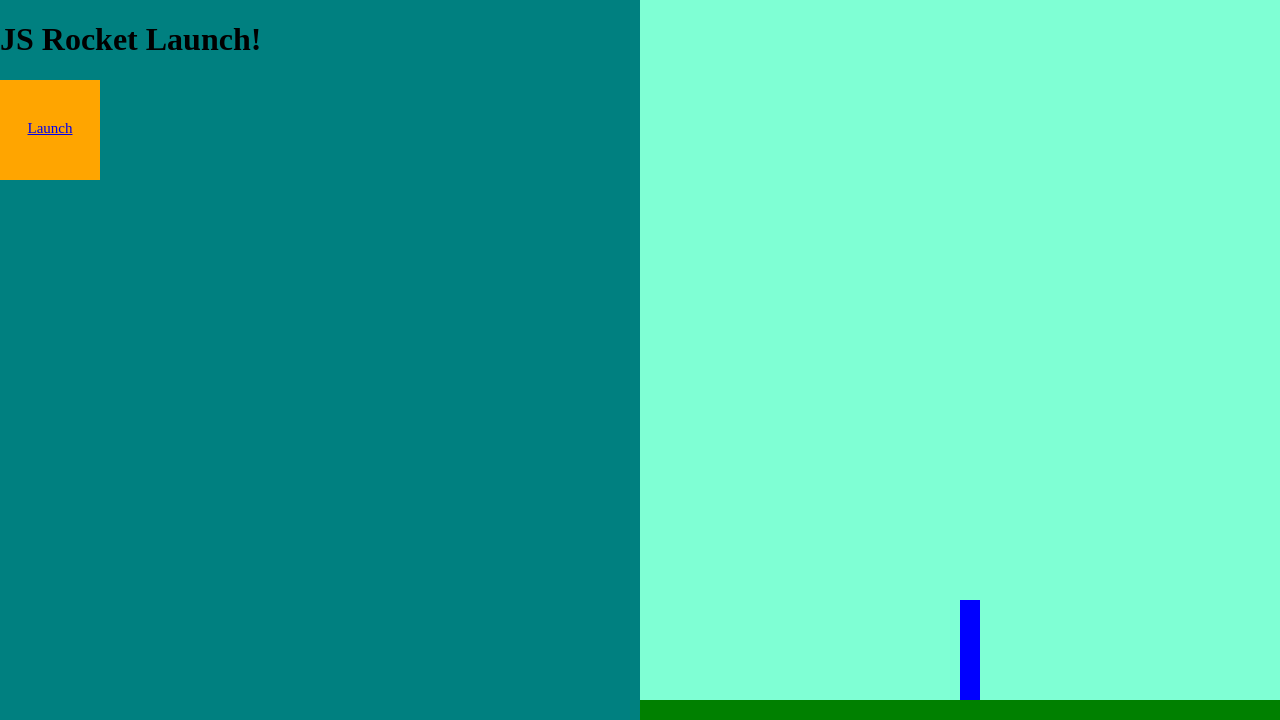
Repository: alcarrizo/Rocket-launch
Page: index.html
An editor plug-in stored every save of this project. The page is shown before and after the next save, followed by the edit.
The browser window is 1280 px wide. The pictures show the whole page.
After loading, the first visible `a.button` was clicked once.

Above is the page before, as saved 2022-10-19 20:54:04.

After the next save:
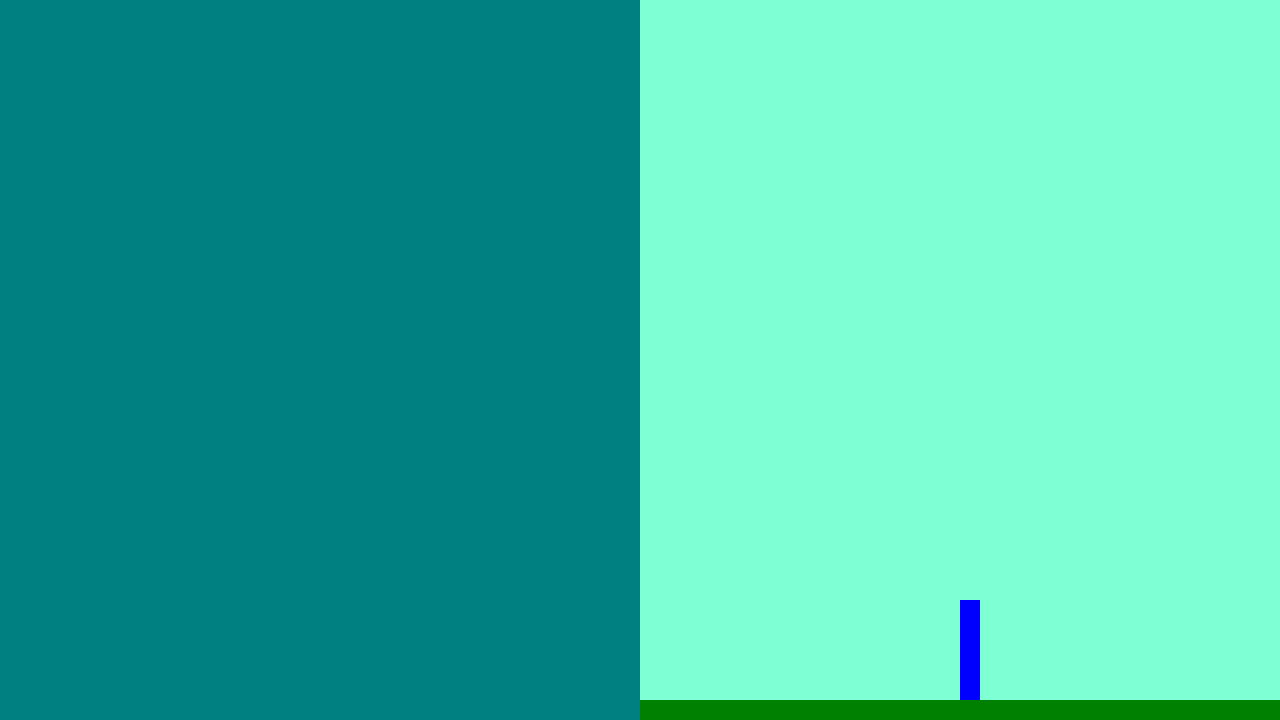
Saved 19 s later.
--- a/js/script.js
+++ b/js/script.js
@@ -1,4 +1,4 @@
 var startCountDown = function () {
-    document.getElementById("body")
+    document.getElementById("body").className = 'bodystate2'
     //document.getElementById('rocket').className = 'rocket flying';
 }
